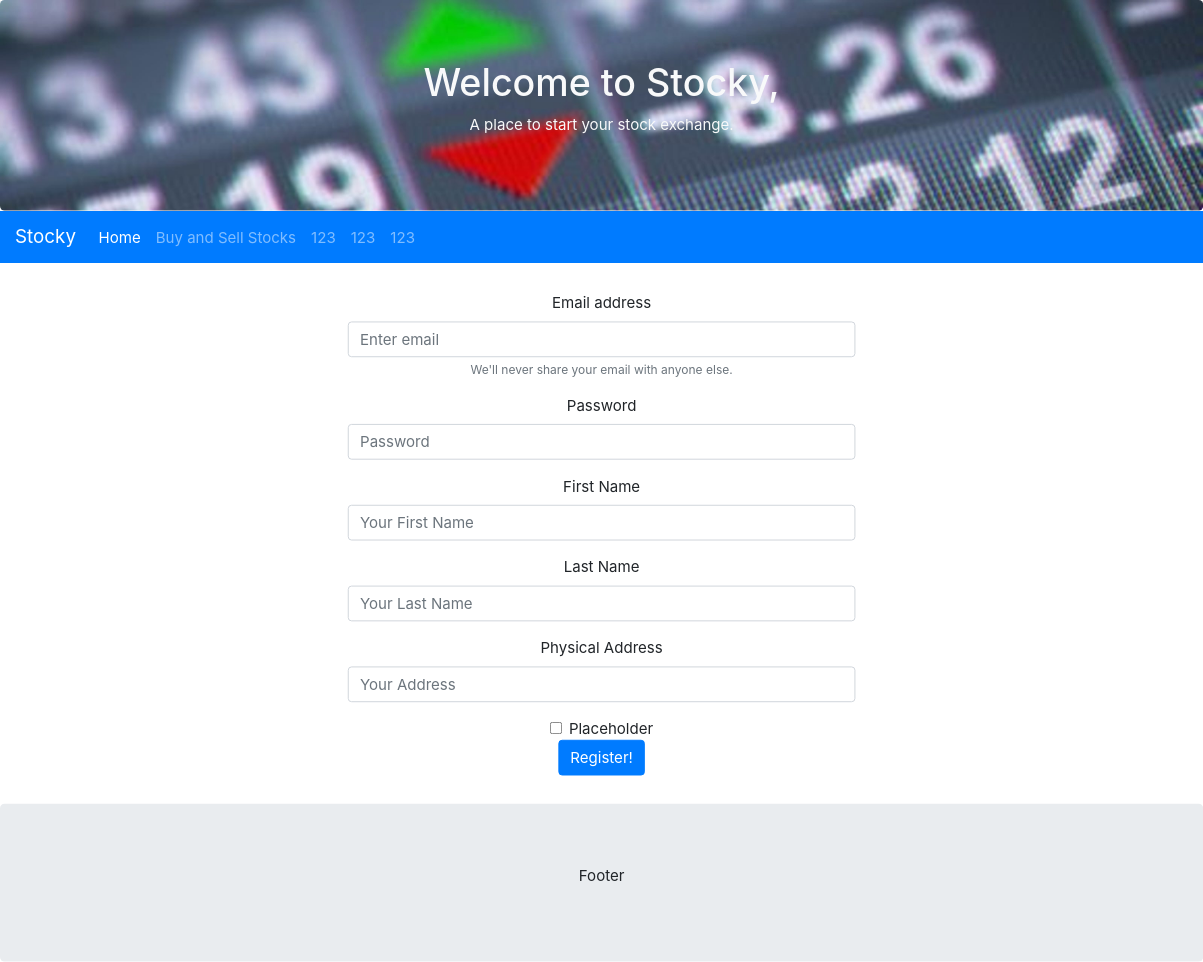
Repository: madfufuu/stocky
Page: http://localhost/stocky/signup.jsp
The author's editor kept a copy of each file at every save. The page is drawn from the files as they stood at one save, then again after the next save.
The browser window is 1280 px wide. The pictures show the whole page, at 94% of full size.
The page is served by Tomcat 9. Nobody is signed in. The application's start-up code is not run. Other server files are loaded and not shown.

Above is the page before, as saved 2019-11-29 19:08:50.

### stocky-new-master/stocky/WebContent/signup.jsp
<%@ page language="java" contentType="text/html; charset=UTF-8"
    pageEncoding="UTF-8"%>
<%@ page session="false" %>
<!DOCTYPE html>
<html lang="en">
<head>
	<!-- Required meta tags -->
    <meta charset="utf-8">
    <meta name="viewport" content="width=device-width, initial-scale=1, shrink-to-fit=no">

	<!-- Bootstrap CSS -->
	<link rel="stylesheet" href="https://stackpath.bootstrapcdn.com/bootstrap/4.3.1/css/bootstrap.min.css" integrity="sha384-ggOyR0iXCbMQv3Xipma34MD+dH/1fQ784/j6cY/iJTQUOhcWr7x9JvoRxT2MZw1T" crossorigin="anonymous">
	<link rel="stylesheet" type="text/css" href="./style.css">
	<link rel="stylesheet" href="https://cdnjs.cloudflare.com/ajax/libs/font-awesome/4.7.0/css/font-awesome.min.css">

	<title>Registration</title>
</head>

<body>
	<div class="jumbotron text-center" style="margin-bottom:0" id="jumbotron-top">
  		<h1 class="text-light">Welcome to Stocky,</h1>
 		<p class="text-light">A place to start your stock exchange.</p>
	</div>

	<nav class="navbar navbar-expand-lg navbar-dark bg-primary sticky-top">
  		<a class="navbar-brand" href="index.jsp">Stocky</a>
  		<button class="navbar-toggler" type="button" data-toggle="collapse" data-target="#navbarSupportedContent" aria-controls="navbarSupportedContent" aria-expanded="false" aria-label="Toggle navigation">
    		<span class="navbar-toggler-icon"></span>
  		</button>

  		<div class="collapse navbar-collapse" id="navbarSupportedContent">
			<ul class="navbar-nav mr-auto">
				<li class="nav-item active">
					<a class="nav-link" href="index.jsp">Home <span class="sr-only">(current)</span></a>
				</li>

				<li class="nav-item">
					<a class="nav-link" href="#">Buy and Sell Stocks</a>
				</li>

				<li class="nav-item">
					<a class="nav-link" href="#">123</a>
				</li>

				<li class="nav-item">
					<a class="nav-link" href="#">123</a>
				</li>

				<li class="nav-item">
					<a class="nav-link" href="#">123</a>
				</li>

			</ul>

		</div>
	</nav>


	<div class="container">
		<div class="row justify-content-center">
			<form action="http://localhost:8180/webApplication/Registration" method="post" class="col-sm-6"
				id="signupForm">
				<div class="form-group">
					<label for="inputEmail">Email address</label> <input
						type="email" class="form-control" id="inputEmail" name="inputEmail"
						aria-describedby="emailHelp" placeholder="Enter email"> <small
						id="emailHelp" class="form-text text-muted">We'll never
						share your email with anyone else.</small>
				</div>
				<div class="form-group">
					<label for="inputPassword">Password</label> <input
						type="password" class="form-control" id="inputPassword" name="inputPassword"
						placeholder="Password">
				</div>
				<div class="form-group">
					<label for="inputFirstName">First Name</label> <input
						type="text" class="form-control" id="inputFirstName" name="inputFirstName"
						placeholder="Your First Name">
				</div>
				<div class="form-group">
					<label for="inputLastName">Last Name</label> <input
						type="text" class="form-control" id="inputLastName" name="inputLastName"
						placeholder="Your Last Name">
				</div>
				<div class="form-group">
					<label for="inputAddress">Physical Address</label> <input
						type="text" class="form-control" id="inputAddress" name="inputAddress"
						placeholder="Your Address">
				</div>
				<div class="form-check">
					<input type="checkbox" class="form-check-input" id="exampleCheck1">
					<label class="form-check-label" for="exampleCheck1">Placeholder</label>
				</div>
				<button type="submit" class="btn btn-primary">Register!</button>
			</form>
		</div>
	</div>

	<div class="jumbotron text-center" style="margin-bottom:0">
		<p>Footer</p>
	</div>



	<!-- Optional JavaScript -->
    <!-- jQuery first, then Popper.js, then Bootstrap JS -->
	<script src="https://code.jquery.com/jquery-3.3.1.slim.min.js" integrity="sha384-q8i/X+965DzO0rT7abK41JStQIAqVgRVzpbzo5smXKp4YfRvH+8abtTE1Pi6jizo" crossorigin="anonymous"></script>
	<script src="https://cdnjs.cloudflare.com/ajax/libs/popper.js/1.14.7/umd/popper.min.js" integrity="sha384-UO2eT0CpHqdSJQ6hJty5KVphtPhzWj9WO1clHTMGa3JDZwrnQq4sF86dIHNDz0W1" crossorigin="anonymous"></script>
	<script src="https://stackpath.bootstrapcdn.com/bootstrap/4.3.1/js/bootstrap.min.js" integrity="sha384-JjSmVgyd0p3pXB1rRibZUAYoIIy6OrQ6VrjIEaFf/nJGzIxFDsf4x0xIM+B07jRM" crossorigin="anonymous"></script>
</body>
</html>

### stocky-new-master/stocky/WebContent/style.css
@charset "UTF-8";
#signin-form-card {
	width: 50%;
}

#signupForm{
	text-align: center;
	margin-top:  30px;
	margin-bottom:  30px;
}

#jumbotron-top {
  background-image: url("assets/jumbotron_bottom.jpg");
  background-size: cover;
}

.fa:hover {
    opacity: 0.7;
}

.fab {
	padding: 10px;
}

#logout-button {
	float: right;
	margin-top: 10px;
}

#addBankAccount-button {
	padding: 15px;
}

After the next save:
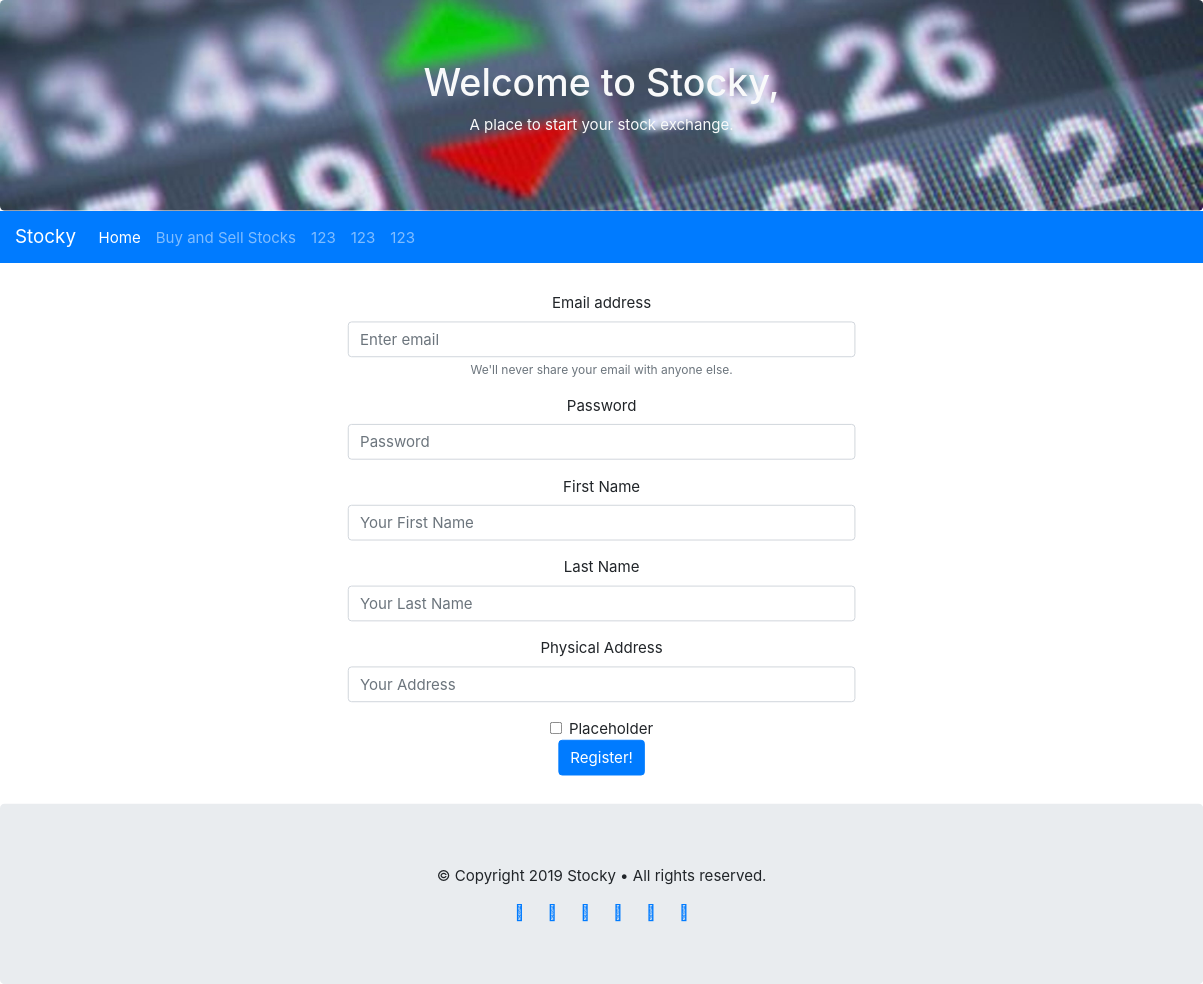
Saved 26 s later.
--- a/stocky-new-master/stocky/WebContent/signup.jsp
+++ b/stocky-new-master/stocky/WebContent/signup.jsp
@@ -97,7 +97,13 @@
 	</div>
 
 	<div class="jumbotron text-center" style="margin-bottom:0">
-		<p>Footer</p>
+		<p>© Copyright 2019 Stocky • All rights reserved.</p>
+		<div>
+			<a href="#" class="fab fa-facebook"></a> <a href="#"
+				class="fab fa-twitter"></a> <a href="#" class="fab fa-google"></a> <a
+				href="#" class="fab fa-linkedin"></a> <a href="#"
+				class="fab fa-youtube"></a> <a href="#" class="fab fa-instagram"></a>
+		</div>
 	</div>
 
 
